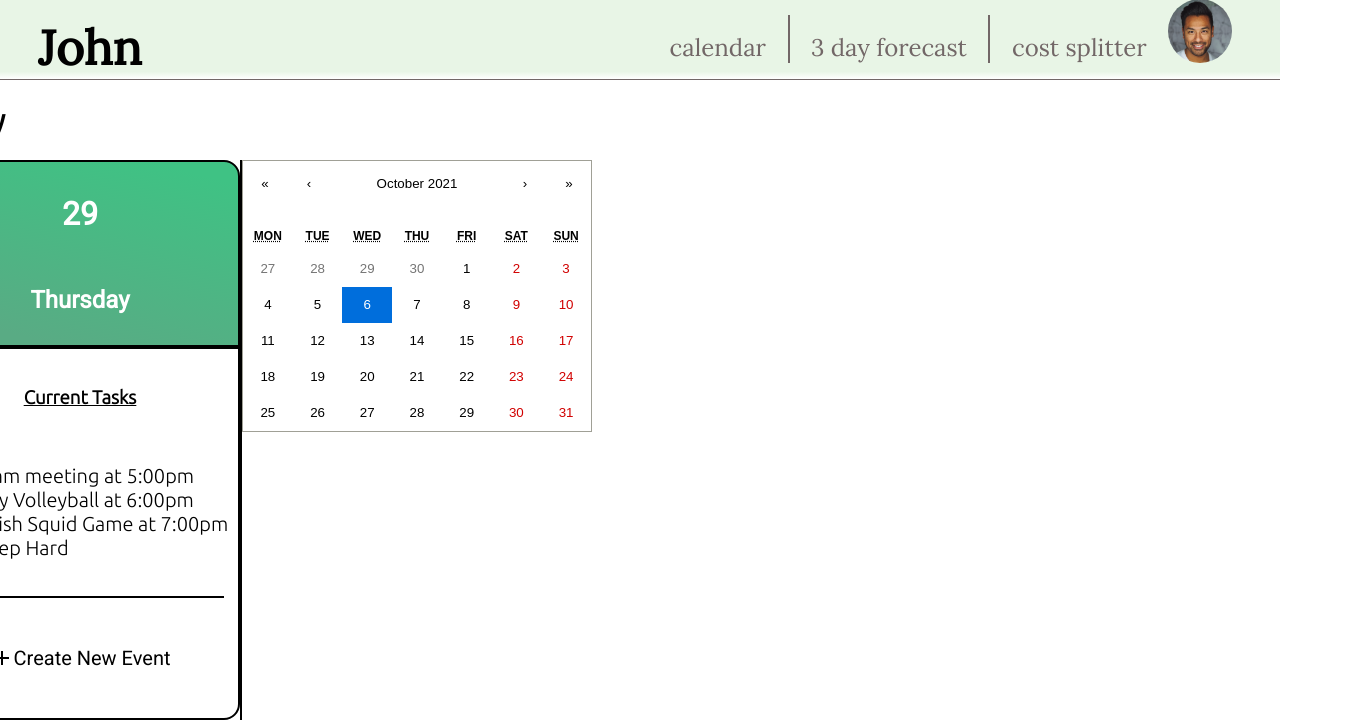
Repository: wilyyy/John
Page: /calendar (app in john-app/)
An editor plug-in stored every save of this project. The page is shown before and after the next save, followed by the edit.
The browser window is 1280 px wide. The page is 1360 px wide, then 1280 px, so the pictures cover 1360 px, including what lies to the right of the window. The pictures show the whole page.
The project was rebuilt for these pictures with package versions that can differ from the ones it lists, and the page was loaded fresh each time. The framework's server and built-in components were replaced by stand-ins that run in the browser. Also part of the build but not shown: john-app/next.config.js.

Above is the page before, as saved 2021-10-06 23:07:38.

### john-app/pages/calendar.js
import Head from 'next/head'
import Nav from '@/Components/Nav'
import styled from 'styled-components';
import TaskCard from '@/Components/TaskCard';
import JohnCalendar from '@/Components/Calendar';

const CalendarCont = styled.div`
    display: flex;
    flex-direction: column;
    justify-content: space-between;
    align-items: center;
    width: 100vw;
    height: 100vh;
`;

const CalendarPageCont = styled.div`
    display: flex;
    flex-direction: column;
    font-family: 'Ubuntu', sans-serif;
    width: 90rem;
    height: 40rem;
`;

const CalendarPageRow = styled.div`
    display: flex;
    width: 90rem;
    height: 35rem;
    justify-contet: space-between;
`;

const Divider = styled.div`
    border-left: 2px black solid;
    width: 2px;
    height: 35rem;
`;

export default function Calendar(){
    return (
        <CalendarCont>
            <Nav />
            <CalendarPageCont>
                <h1>Today</h1>
                <CalendarPageRow>
                    <TaskCard />
                    <Divider />
                    <JohnCalendar />
                </CalendarPageRow>
            </CalendarPageCont>
        </CalendarCont>
    )
}

### john-app/styles/globals.css
@import url('https://fonts.googleapis.com/css2?family=Roboto&family=Ubuntu:wght@300&display=swap');
@import url('https://fonts.googleapis.com/css2?family=Lora&display=swap');
/* Ubuntu and Roboto and Lora Font */

html,
body {
  padding: 0;
  margin: 0;
  font-family: -apple-system, BlinkMacSystemFont, Segoe UI, Roboto, Oxygen,
    Ubuntu, Cantarell, Fira Sans, Droid Sans, Helvetica Neue, sans-serif;
}

a {
  color: inherit;
  text-decoration: none;
}

* {
  box-sizing: border-box;
}

### john-app/Components/Nav/index.js
import styled from 'styled-components';
import {useRouter} from 'next/router';
import React, {useState} from 'react';
import Image from 'next/image';
import profilePic from '@/Photos/avatar.jpg';

const NavCont = styled.div`
    display: flex;
    flex-direction: column;
    justify-content: flex-end;
    width: 100%;
    height: 6rem;
    font-family: 'Lora', serif;
    background: linear-gradient(180deg, #E8F5E6 90.62%, rgba(208, 227, 205, 0) 100%);
    border-bottom: #726767 1px solid;
`;

const NavRow = styled.div`
    display: flex;
    justify-content: space-between;
    padding: 0 2rem;
`;

const NavLinkRow = styled.div`
    display: flex;
    justify-content: space-evenly;
    width: 600px;
`;

const JohnLogo = styled.button`
    font-family: 'Lora', serif;
    border:none;
    background: none;
    font-size: 3rem;
    font-weight: bold;
    color: #000;
`;

const NavItem = styled.button`
    font-size: 1.5rem;
    color: #726767;
    font-family: 'Lora', serif;
    border:none;
    background: none;
`;

const Divider = styled.div`
    border-left: 2px #726767 solid;
    height: 3rem;
`;

const AvatarCont = styled.div`
    border-radius: 25rem;
    width: 4rem;
    height: 4rem;
    overflow: hidden;
    position: relative;
    top: -1rem;
`;


const Nav = () => {
    return <NavCont>
        <NavRow>
            <JohnLogo>John</JohnLogo>
            <NavLinkRow>
                <NavItem>calendar</NavItem>
                <Divider />
                <NavItem>3 day forecast</NavItem>
                <Divider />
                <NavItem>cost splitter</NavItem>
                <AvatarCont>
                    <Image src={profilePic} />
                </AvatarCont>
            </NavLinkRow>
        </NavRow>
    </NavCont>
}

export default Nav;

### john-app/Components/TaskCard/index.js
import styled from 'styled-components';
import {useRouter} from 'next/router';
import React, {useState} from 'react';
import AddIcon from '@mui/icons-material/Add';

//maybe change this to an array instead of an object?
const tasks = {
    task1: "Team meeting at 5:00pm",
    task2: "Play Volleyball at 6:00pm",
    task3: "Finish Squid Game at 7:00pm",
    task4: "Sleep Hard"
}

const TaskCont = styled.div`
    display: flex;
    flex-direction: column;
    width: 20rem;
    height: 35rem;
`;

const TaskTopCont = styled.div`
    color: #fff;
    border-radius: 1rem 1rem 0 0;
    border: 2px solid #000;
    width: 20rem;
    height: 13rem;
    display: flex;
    flex-direction: column;
    justify-content: space-evenly;
    align-items: center;
    align-items: center;
    font-family: 'Roboto', sans-serif;
    background: linear-gradient(195.27deg, #3FC284 8.37%, #59AB84 86.66%);
`;

const TaskBotCont = styled.div`
    border-radius: 0 0 1rem 1rem;
    border: 2px solid #000;
    width: 20rem;
    height: 26rem;
    background-color: #fff;
    display: flex;
    flex-direction: column;
    justify-content: space-evenly;
    align-items: center;
`;

const H3 = styled.h3`
    color: #000;
    text-decoration: underline;
`;

const Ul = styled.ul`
    display: flex;
    flex-direction: column;
    justify-content: center;
    align-items: centerl
`;

const Li = styled.li`
    font-size: 1.25rem;
`;

const Divider = styled.div`
    border-bottom: 2px #000 solid;
    width: 18rem;
    height: 2px;
`;

const CreateEventLink = styled.button`
    height: 5rem;
    display: flex;
    align-items: center;
    font-family: 'Roboto', sans-serif;
    border:none;
    background: none;
    font-size: 1.25rem;
`;


const TaskCard = ({
    day_number = "29",
    day = "Thursday"
}) => {
    return <TaskCont>
        <TaskTopCont>
            <h1>{day_number}</h1>
            <h2>{day}</h2>
        </TaskTopCont>
        <TaskBotCont>
            <H3>Current Tasks</H3>
            <Ul>
                <Li>{tasks.task1}</Li>
                <Li>{tasks.task2}</Li>
                <Li>{tasks.task3}</Li>
                <Li>{tasks.task4}</Li>
            </Ul>
            <Divider />

            <CreateEventLink>
                <AddIcon />Create New Event
                </CreateEventLink>
        </TaskBotCont>
    </TaskCont>
}

export default TaskCard;

### john-app/Components/Calendar/index.js
import React, {useState} from 'react';
import { render } from "react-dom";
import Calendar from "react-calendar";
import 'react-calendar/dist/Calendar.css';
import styled from 'styled-components';

const CalendarCont = styled.div`
    width: 1000px;
    border: 1px solid #f0f0f0;
    border-radius: 2px;
    background-color: #000;
`;


const JohnCalendar = () => {
    const [date, setDate] = useState(new Date());

    const onChange = (date) => {
        setDate(date);
    }

    return <div>
        <Calendar
        onChange={onChange}
        value={date}
        />
    </div>
}

export default JohnCalendar

Loaded but not shown: john-app/pages/_app.js (common file); john-app/pages/_document.js (common file)

After the next save:
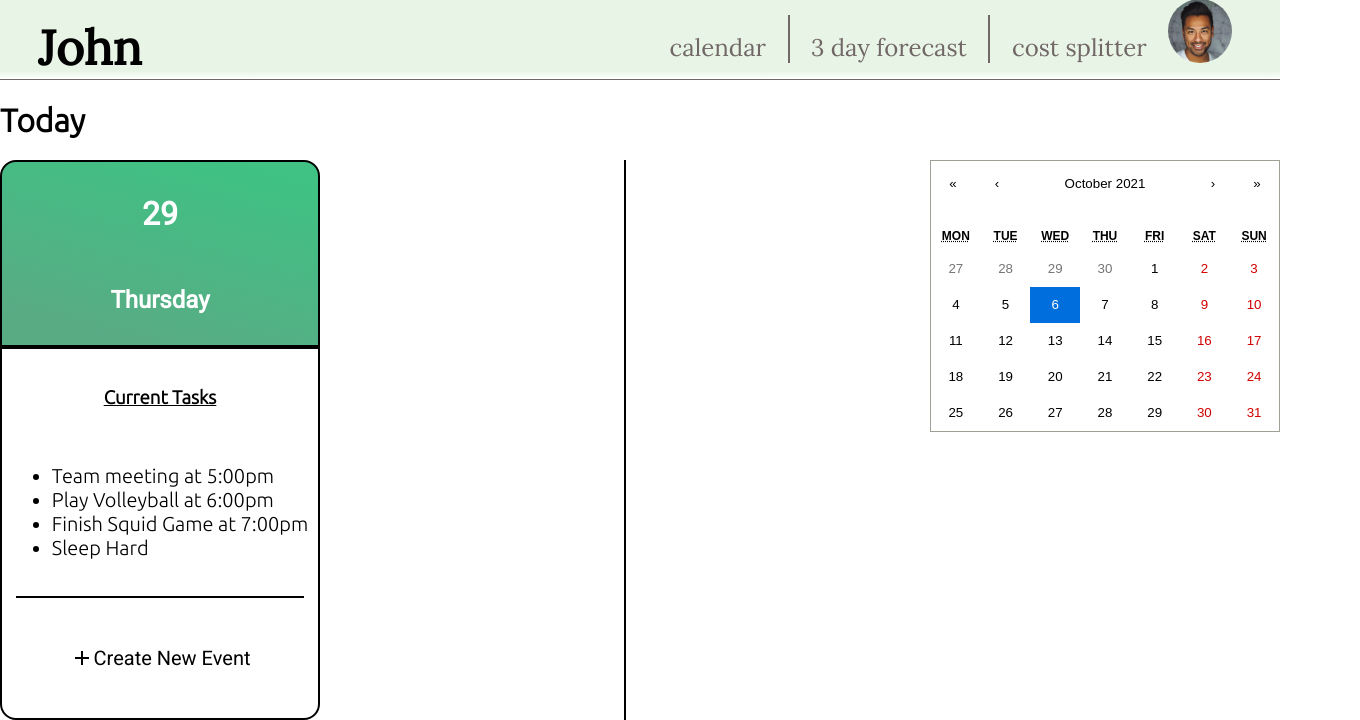
Saved 8 s later.
--- a/john-app/pages/calendar.js
+++ b/john-app/pages/calendar.js
@@ -17,15 +17,15 @@ const CalendarPageCont = styled.div`
     display: flex;
     flex-direction: column;
     font-family: 'Ubuntu', sans-serif;
-    width: 90rem;
+    width: 80rem;
     height: 40rem;
 `;
 
 const CalendarPageRow = styled.div`
     display: flex;
-    width: 90rem;
+    width: 80rem;
     height: 35rem;
-    justify-contet: space-between;
+    justify-content: space-between;
 `;
 
 const Divider = styled.div`
